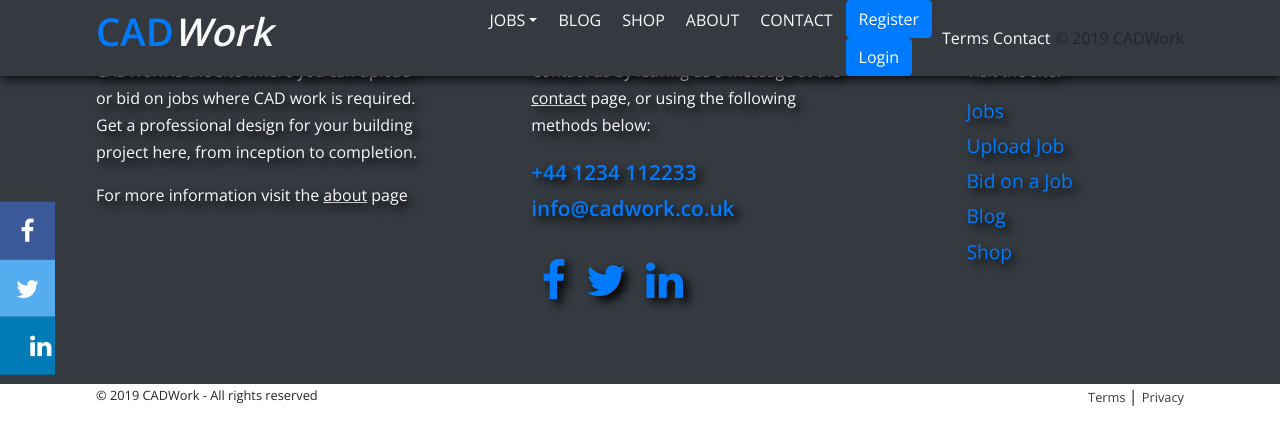
Repository: JShad30/cadwork
Page: templates/base.html
The author's editor kept a record of every edit. The page is drawn from the files as they stood at one moment, then again after the next edit.
The browser window is 1280 px wide. The pictures show the whole page.
The pointer rests on the first visible `.icon-bar-linkedin`.
The template is drawn by Django 2.2. The application's start-up code is not run. The template is opened directly, without the code that normally fills it, so the values that code supplies are empty.

Above is the page before.

After the next edit:
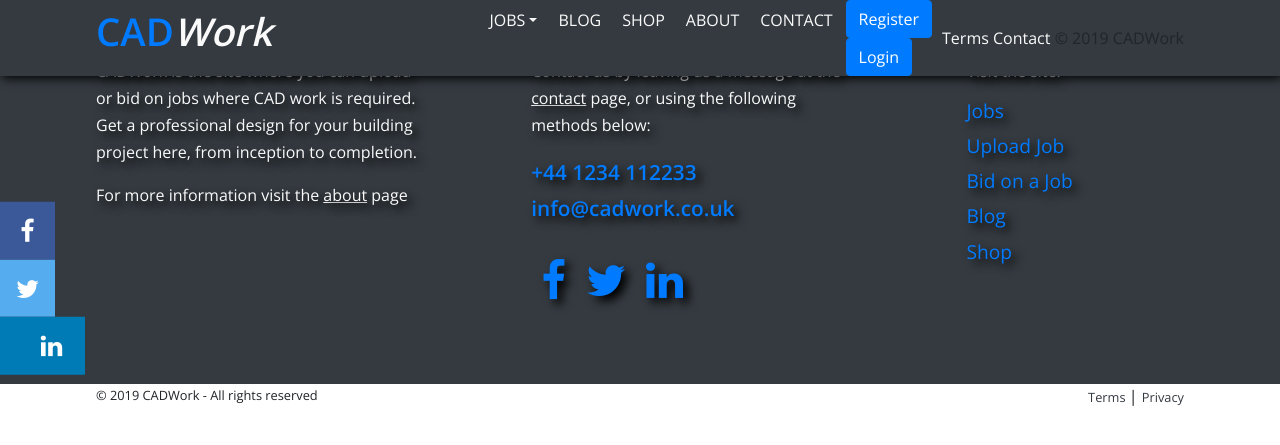
The edit:
--- a/static/css/styles.css
+++ b/static/css/styles.css
@@ -220,9 +220,9 @@
 }
 
 .icon-bar-linkedin:hover {
-    background-color: #007bb5;
-    color: #FFFFFF;
-    width: 55px;
+    transition-property: width;
+    transition-timing-function: ease-in-out;
+    width: 85px;
 }
 
 .icon-bar-facebook:hover,
